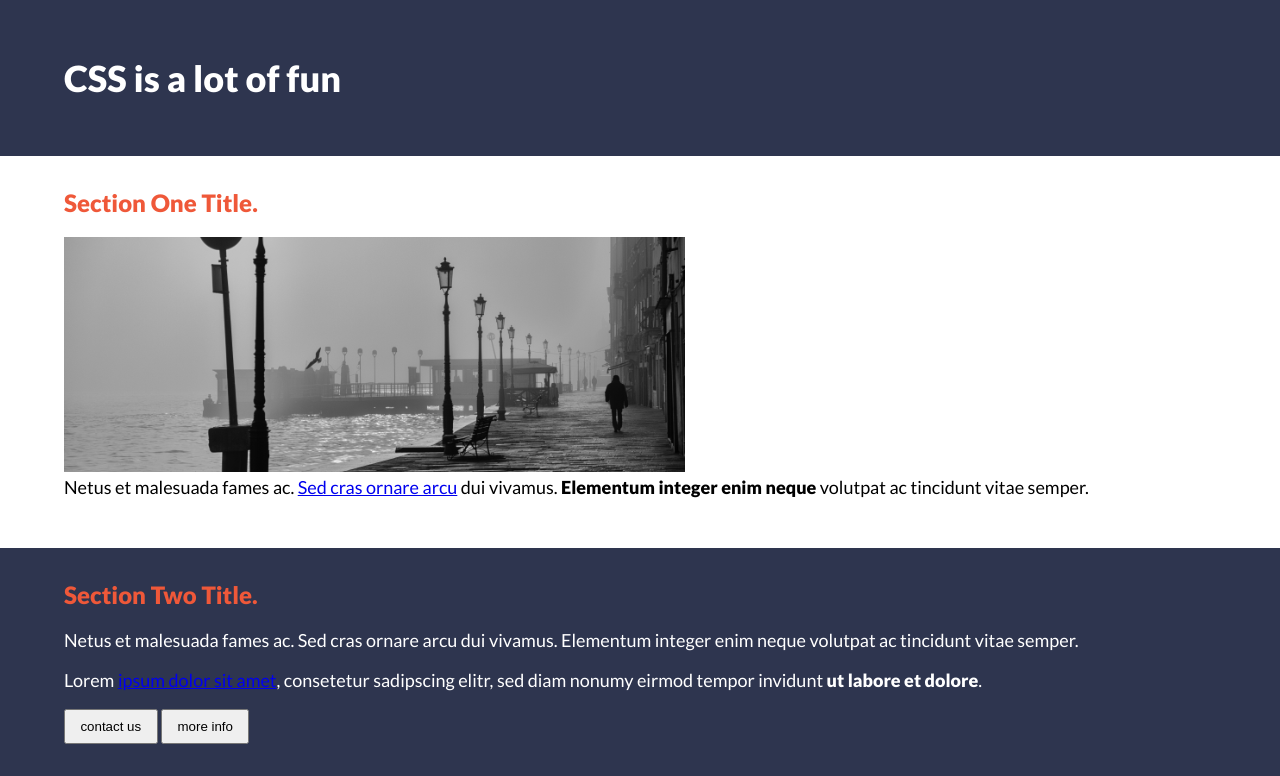
Repository: Doumham-Armah/sample-landing-page
Page: index.html
An editor plug-in stored every save of this project. The page is shown before and after the next save, followed by the edit.
The browser window is 1280 px wide. The pictures show the whole page.

Above is the page before, as saved 2021-08-16 13:39:51.

After the next save:
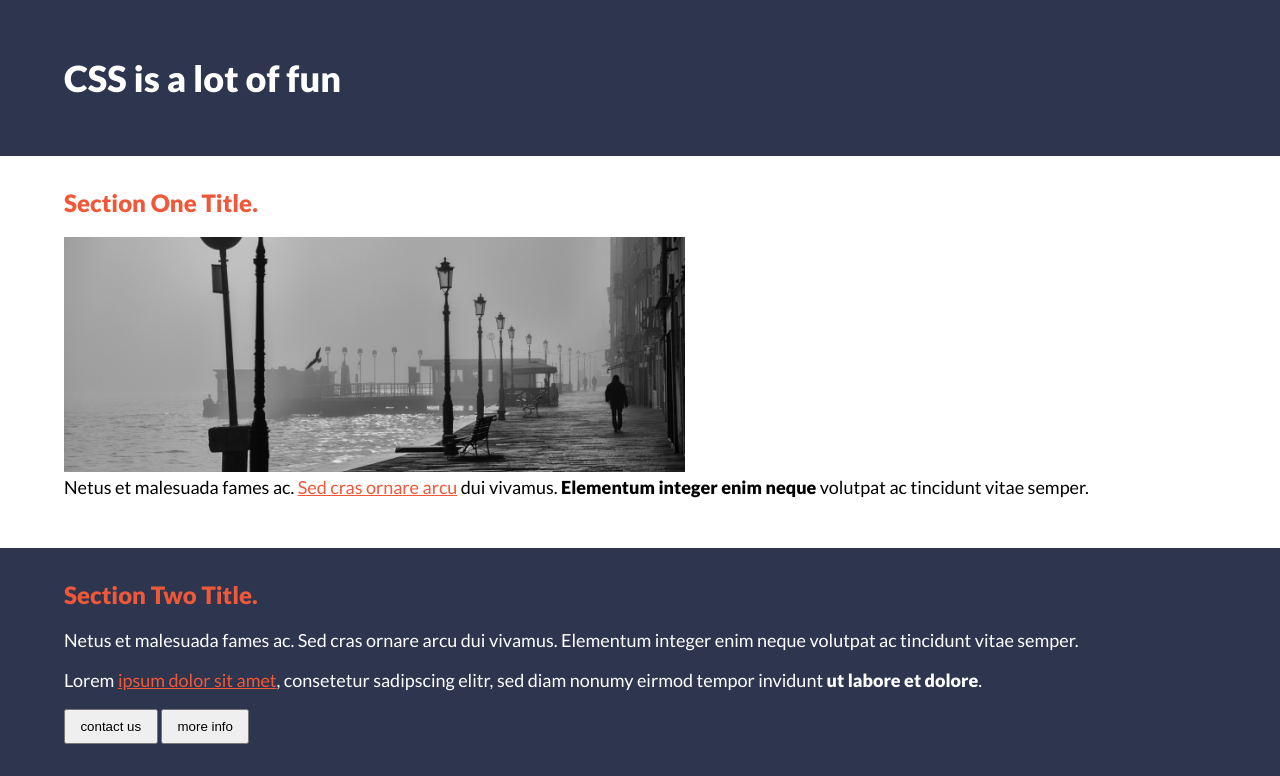
Saved 4 min 15 s later.
--- a/style.css
+++ b/style.css
@@ -20,7 +20,9 @@ h2,
 strong {
   font-weight: 900;
 }
-
+a {
+  color: #ef5839;
+}
 .container {
   padding: 2rem 4rem;
 }
